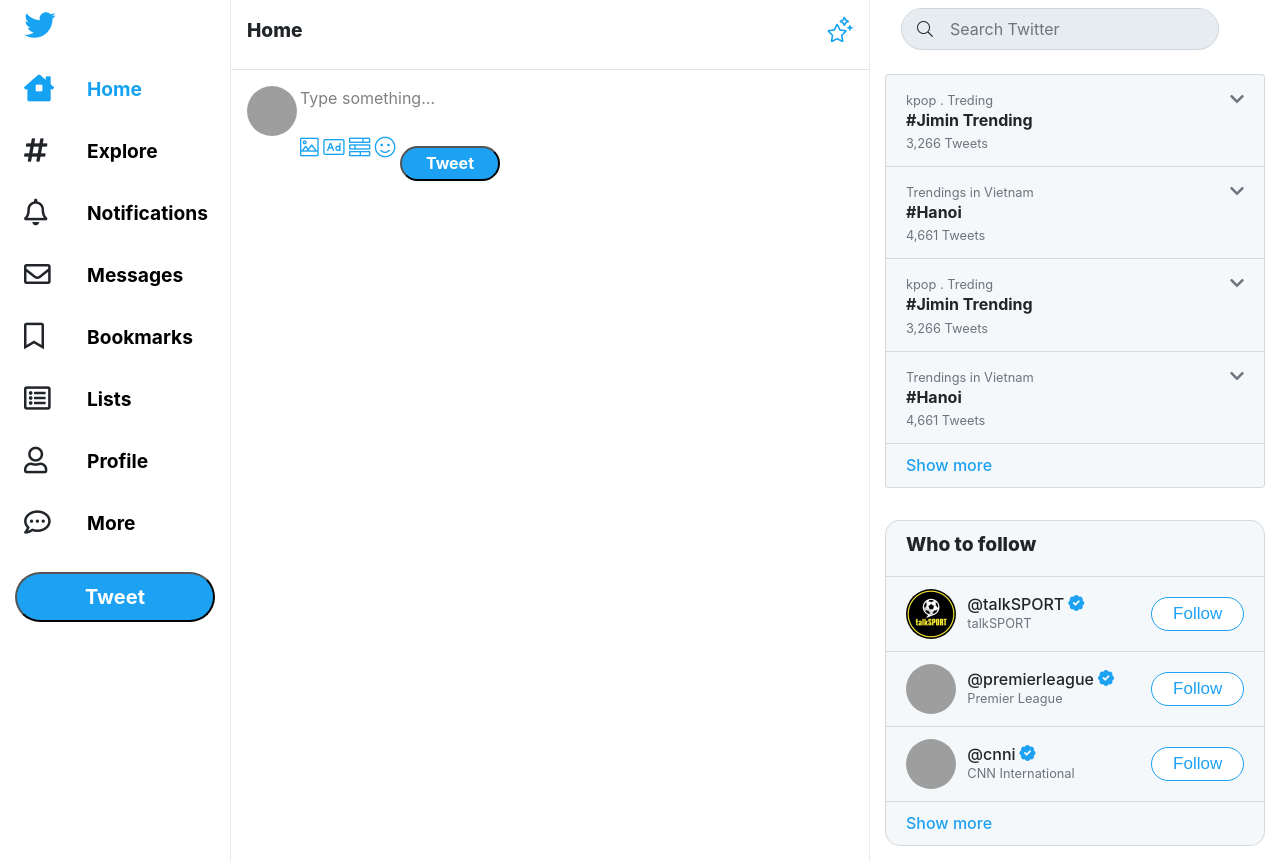
Repository: tts2610/Twitter-clone
Page: index.html
The author's editor kept a copy of each file at every save. The page is drawn from the files as they stood at one save, then again after the next save.
The browser window is 1280 px wide. The pictures show the whole page.
Pictures or frames that could not be fetched are drawn as grey boxes.

Above is the page before, as saved 2020-05-23 16:45:28.

After the next save:
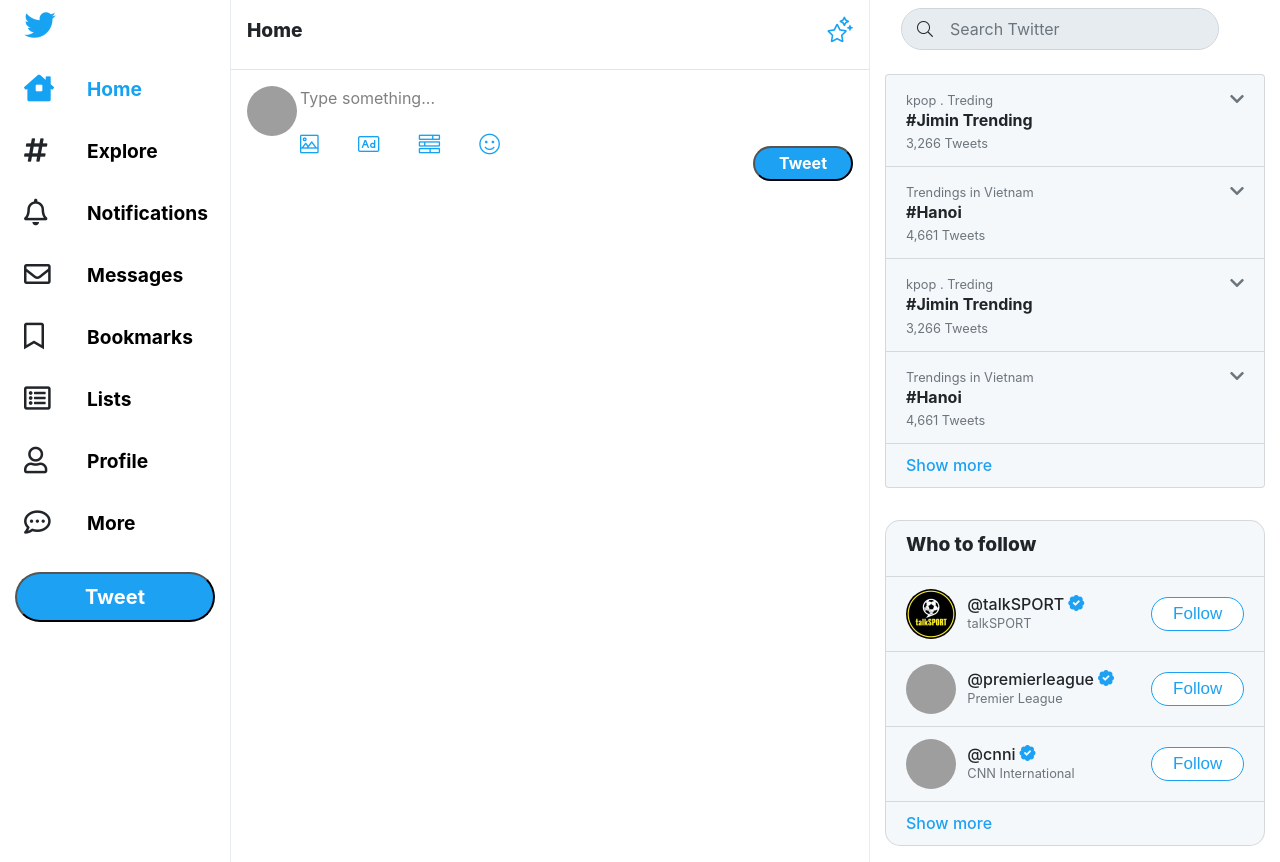
Saved 17 s later.
--- a/css/style.css
+++ b/css/style.css
@@ -131,7 +131,7 @@
     justify-content: space-between;
 }
 
-#inputArea .utilityBar {
+#inputArea .utilityBar .icons {
     color: #16a2f2;
     width: 200px;
     display: flex;
